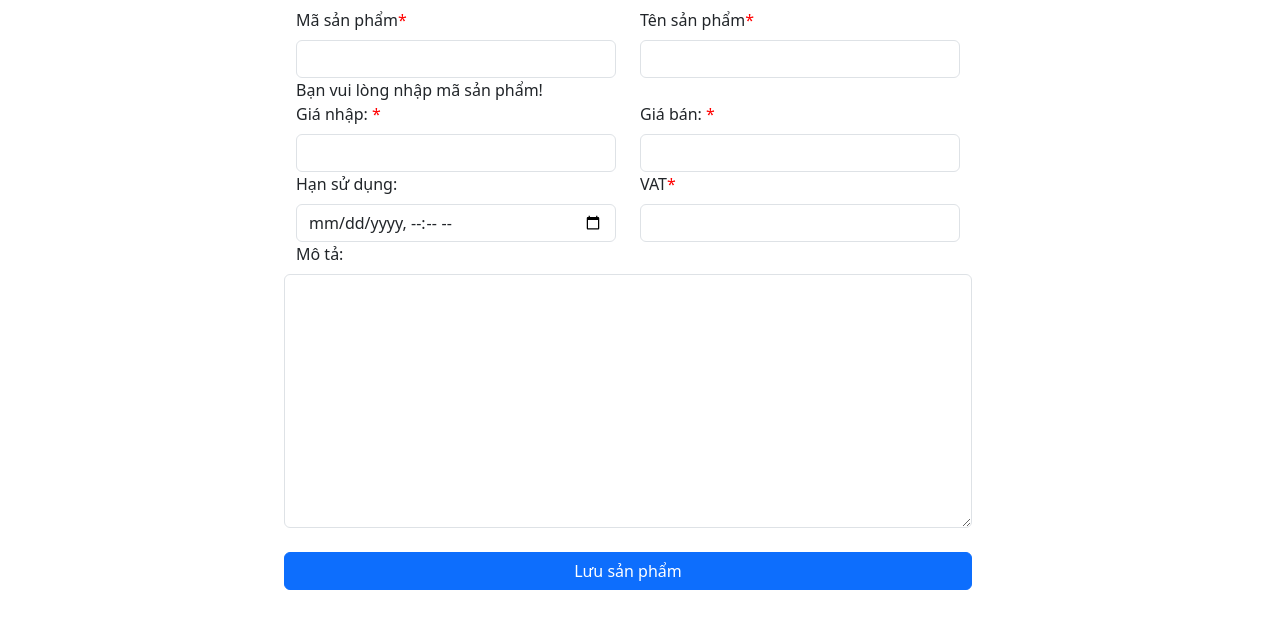
Repository: wuubangdev/bookstore-servlet-jsp
Page: http://localhost/Bai22_Servlet_BatLoi/save-product
An editor plug-in stored every save of this project. The page is shown before and after the next save, followed by the edit.
The browser window is 1280 px wide. The pictures show the whole page.
The page is served by Tomcat 9.

Above is the page before, as saved 2024-03-19 09:54:54.

After the next save:
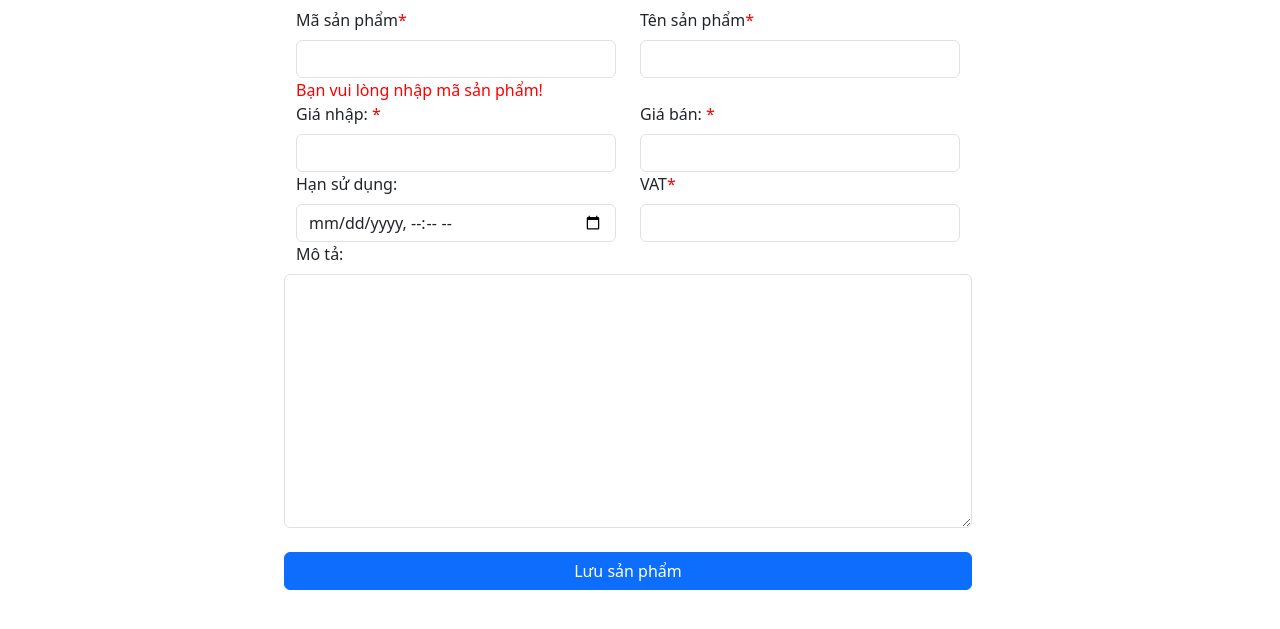
Saved 118 s later.
--- a/Bai22_Servlet_BatLoi/src/main/webapp/product.jsp
+++ b/Bai22_Servlet_BatLoi/src/main/webapp/product.jsp
@@ -28,7 +28,7 @@
 			 <div class="col-6">
 			    <label for="productId" class="form-label">Mã sản phẩm<span class="rq">*</span></label>
 			    <input type="text" class="form-control" id="productId" name="productId"  required>
-			    <div><%=e_productId_nof%></div>
+			    <div class="rq"><%=e_productId_nof%></div>
 			  </div>
 			 <div class="col-6">
 			    <label for="productName" class="form-label">Tên sản phẩm<span class="rq">*</span></label>
